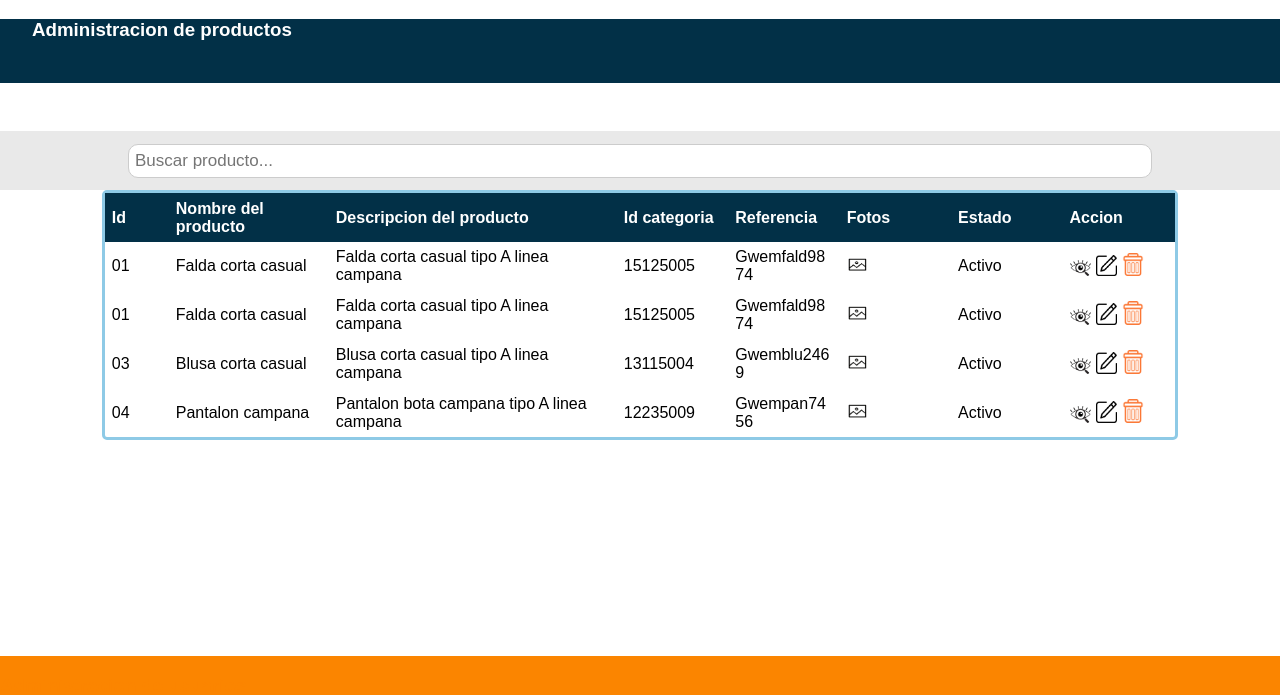
Repository: AlexanderBarona/Proyecto_Ciclo3_Mintic
Page: PaginaWeb/pages/listar_productos.html
The author's editor kept a copy of each file at every save. The page is drawn from the files as they stood at one save, then again after the next save.
The browser window is 1280 px wide. The pictures show the whole page.

Above is the page before, as saved 2021-09-30 16:09:42.

### PaginaWeb/pages/listar_productos.html
<!DOCTYPE html>
<html>

   <head>
      <title>Administracion de productos</title>
      <link href="../css/style.css" rel="stylesheet" type="text/css">
      <link href="../css/admin_user.css" rel="stylesheet" type="text/css">
   </head>
   <body class="admin_user">
      <header>
         <h3>Administracion de productos</h3>
      </header>
      <main>
        <div class="TopBar">
            <div class="Search ">
                <input type="text" placeholder="Buscar producto...">
            </div>

        </div>

        <div class="table_principal">
            <table class="table_entity3">

              <tbody class="table_body" >

                  <tr class="table_header" >

                    <td class="table_cell center">Id</td>
                    <td class="table_cell">Nombre del producto</td>
                    <td class="table_cell">Descripcion del producto</td>
                    <td class="table_cell">Id categoria</td>
                    <td class="table_cell">Referencia</td>
                    <td class="table_cell">Fotos</td>
                    <td class="table_cell center">Estado</td>
                    <td class="table_cell center">Accion</td>

                  </tr>

                  <tr >
                    <td class="table_cell center">01</td>
                    <td class="table_cell">Falda corta casual</td>
                    <td class="table_cell ">Falda corta casual tipo A linea campana </td>
                    <td class="table_cell center">15125005</td>
                    <td class="table_cell">Gwemfald9874</td>
                    <td class="table_cell center">
                      <div class="icon_container">
                        <nav>
                          <a href="icon_table">
                            <img class="icon_cell" src="../images/IconPhoto.ico">
                          </a>

                        </nav>
                    </div>

                    </td>
                    <td class="table_cell center">Activo</td>
                    <td class="table_cell center">
                      <div class="icon_container">
                        <nav>
                          <a href="icon_table">
                            <img class="icon_cell" src="../images/IconRead.ico">
                          </a>
                          <a href="icon_table">
                            <img class="icon_cell" src="../images/IconUpdate.ico">
                          </a>
                          <a href="icon_table">
                            <img class="icon_cell" src="../images/IconDelete.ico">
                          </a>
                        </nav>
                    </div>

                    </td>
                  </tr>
                  <tr >
                    <td class="table_cell center">01</td>
                    <td class="table_cell">Falda corta casual</td>
                    <td class="table_cell ">Falda corta casual tipo A linea campana </td>
                    <td class="table_cell center">15125005</td>
                    <td class="table_cell">Gwemfald9874</td>
                    <td class="table_cell center">
                      <div class="icon_container">
                        <nav>
                          <a href="icon_table">
                            <img class="icon_cell" src="../images/IconPhoto.ico">
                          </a>

                        </nav>
                    </div>

                    </td>
                    <td class="table_cell center">Activo</td>
                    <td class="table_cell center">
                      <div class="icon_container">
                        <nav>
                          <a href="icon_table">
                            <img class="icon_cell" src="../images/IconRead.ico">
                          </a>
                          <a href="icon_table">
                            <img class="icon_cell" src="../images/IconUpdate.ico">
                          </a>
                          <a href="icon_table">
                            <img class="icon_cell" src="../images/IconDelete.ico">
                          </a>
                        </nav>
                    </div>

                    </td>
                  </tr>
                  <tr >
                    <td class="table_cell center">03</td>
                    <td class="table_cell">Blusa corta casual</td>
                    <td class="table_cell ">Blusa corta casual tipo A linea campana </td>
                    <td class="table_cell center">13115004</td>
                    <td class="table_cell">Gwemblu2469</td>
                    <td class="table_cell center">
                      <div class="icon_container">
                        <nav>
                          <a href="icon_table">
                            <img class="icon_cell" src="../images/IconPhoto.ico">
                          </a>

                        </nav>
                    </div>

                    </td>
                    <td class="table_cell center">Activo</td>
                    <td class="table_cell center">
                      <div class="icon_container">
                        <nav>
                          <a href="icon_table">
                            <img class="icon_cell" src="../images/IconRead.ico">
                          </a>
                          <a href="icon_table">
                            <img class="icon_cell" src="../images/IconUpdate.ico">
                          </a>
                          <a href="icon_table">
                            <img class="icon_cell" src="../images/IconDelete.ico">
                          </a>
                        </nav>
                    </div>

                    </td>
                  </tr>
                  <tr >
                    <td class="table_cell center">04</td>
                    <td class="table_cell">Pantalon campana</td>
                    <td class="table_cell ">Pantalon bota campana tipo A linea campana </td>
                    <td class="table_cell center">12235009</td>
                    <td class="table_cell">Gwempan7456</td>
                    <td class="table_cell center">
                      <div class="icon_container">
                        <nav>
                          <a href="icon_table">
                            <img class="icon_cell" src="../images/IconPhoto.ico">
                          </a>

                        </nav>
                    </div>

                    </td>
                    <td class="table_cell center">Activo</td>
                    <td class="table_cell center">
                      <div class="icon_container">
                        <nav>
                          <a href="icon_table">
                            <img class="icon_cell" src="../images/IconRead.ico">
                          </a>
                          <a href="icon_table">
                            <img class="icon_cell" src="../images/IconUpdate.ico">
                          </a>
                          <a href="icon_table">
                            <img class="icon_cell" src="../images/IconDelete.ico">
                          </a>
                        </nav>
                    </div>

                    </td>
                  </tr>
              </tbody>
            </table>
        </div>
      </main>
      <footer>
        <div>
          <h3>Administracion de usuarios</h3>
          <h3>Administracion de usuarios</h3>
          <h3>Administracion de usuarios</h3>
        </div>
      </footer>
   </body>
</html>

### PaginaWeb/css/style.css
* {
  box-sizing: border-box;
}

body {
  margin: 0;
  font-family: Arial, Helvetica, sans-serif;
}
header {
  background-color: #023047;
  color:  white;
  padding-left:2em ;
  height:4em;
  width:100%;
  margin-bottom: 3em;

}

footer{
  background-color: #FB8500;
  color:  #FB8500;
  position:fixed;
  left:0px;
  bottom:0px;
  height:4em;
  width:100%;
}

### PaginaWeb/css/admin_user.css
/* css barra busqueda*/
@media screen and (max-width: 600px) {
  .Search a,
  .Search input[type="text"] {

    display: block;
    text-align: left;
    width: 100%;
    margin: 0 auto;
    padding: 14px;
    align-items: center;
  }
}

.admin_user .Search {
   overflow: hidden;
   background-color: #e9e9e9;
   display: block;
   width: 100%;
   text-align: center;
  }

.Search a {

    display: block;
    color: black;
    text-align: center;
    padding: 14px 16px;
    text-decoration: none;
    font-size: 17px;
  }

  .Search a:hover {
    background-color: #ddd;
    color: black;
  }

  .Search a.active {
    background-color: #9dcaf0;
    color: white;
  }

  .Search input[type="text"] {
    float: center;
    border-radius: 10px;
    border: 1px solid rgb(174, 204, 218);
    padding: 6px;
    margin-top: 1%;
    margin-right: 2%;
    margin-left: 2%;
    margin-bottom: 1%;
    font-size: 17px;
    width: 80%;
  }
  .Search input[type="text"] {
    border: 1px solid #ccc;
  }

 /* css tabla*/

  .table_entity {
    table-layout: fixed;
    width: 84%;
    margin: 0 auto;
    border-collapse: separate;
    border-spacing: 0px;
    border-radius: 5px;
    border: 3px solid #8ECAE6;

  }

  .table_entity td:first-child {
    width: 4em;
  }
  .table_entity td:nth-child(3) {
    width: 7.5em;
  }
  .table_entity td:nth-child(5) {
    width: 12em;
  }
  .table_entity td:nth-child(8) {
    width: 5em;

  }
  .table_entity td:nth-child(9) {
    width: 5em;
  }




  .table_header {
    background-color: #023047;
    color: #fff;
    font-weight:bold;
  }

  .table_entity tr:nth-child(even) {
  background-color: #ece4e4;
}

.table_entity .center {
  text-align: center;
}
/* css tabla perfiles*/
.table_entity2 {
  table-layout: fixed;
  width: 84%;
  margin: 0 auto;
  border-collapse: separate;
  border-spacing: 0px;
  border-radius: 5px;
  border: 3px solid #8ECAE6;

}

.table_entity2 td:first-child {
  width: 4em;
}

.table_entity2 td:nth-child(2) {
  width: 16em;
}


.table_entity2 td:nth-child(6) {
  width: 4.8em;

}


.table_entity2 tr:nth-child(even) {
background-color: #ece4e4;
}

.table_entity2 .center {
  text-align: center;
}

  th, td {

      word-wrap: break-word;
      padding: 0.4em;
      margin: 0em;
  }
  /* iconos */
  .icon_cell {

    height: 28%;
    width: 22%;
    margin: 0 auto 0 0;


}

.icon_container a , .icon_container a:visited {


  text-decoration: none;

}
/* css tabla productos*/

.table_entity3 {
  table-layout: fixed;
  width: 84%;
  margin: 0 auto;
  border-collapse: separate;
  border-spacing: 0px;
  border-radius: 5px;
  border: 3px solid #8ECAE6;

}
.table_entity3 td:first-child {
  width: 4em;
}
.table_entity3 td:nth-child(2) {
  width: 10em;
}
.table_entity3 td:nth-child(3) {
  width: 18em;
}
/* css checkbox */

.checkbox_container input[type="checkbox"]  {
  content: "";
  width: 2em;
  height: 2em;
  border: 4px solid #bf810f;
  float: left;
  margin: 0 auto 0 0;
  border-right: 0;
  border-top: 0;


}
.checkbox_container input[type="checkbox"]:checked   {
  content: "";
  width: 2.2em;
  height: 2.2em;
  border: 4px solid #bf810f;
  color: #bf810f;
  background-color:#bf810f ;
  float: left;
  margin: 0 auto 0 0;
  border-right: 0;
  border-top: 0;

}

After the next save:
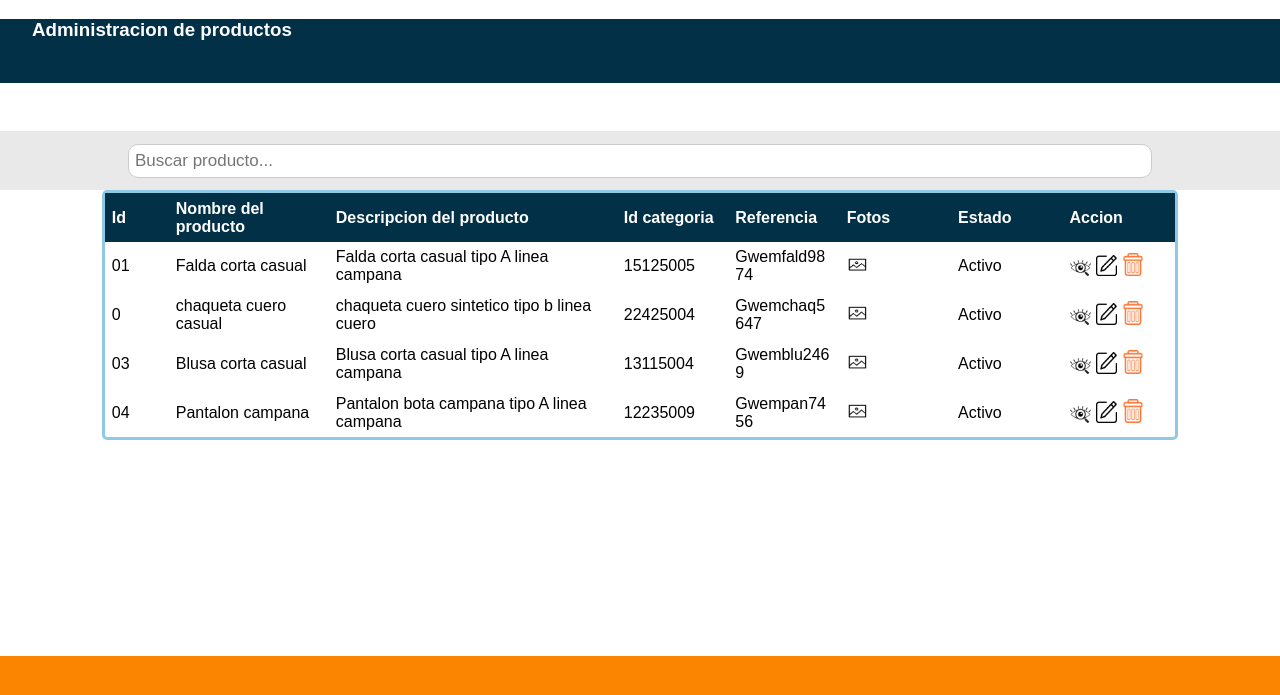
Saved 90 s later.
--- a/PaginaWeb/pages/listar_productos.html
+++ b/PaginaWeb/pages/listar_productos.html
@@ -72,11 +72,11 @@
                     </td>
                   </tr>
                   <tr >
-                    <td class="table_cell center">01</td>
-                    <td class="table_cell">Falda corta casual</td>
-                    <td class="table_cell ">Falda corta casual tipo A linea campana </td>
-                    <td class="table_cell center">15125005</td>
-                    <td class="table_cell">Gwemfald9874</td>
+                    <td class="table_cell center">0</td>
+                    <td class="table_cell">chaqueta cuero casual</td>
+                    <td class="table_cell ">chaqueta cuero sintetico tipo b linea cuero </td>
+                    <td class="table_cell center">22425004</td>
+                    <td class="table_cell">Gwemchaq5647</td>
                     <td class="table_cell center">
                       <div class="icon_container">
                         <nav>
